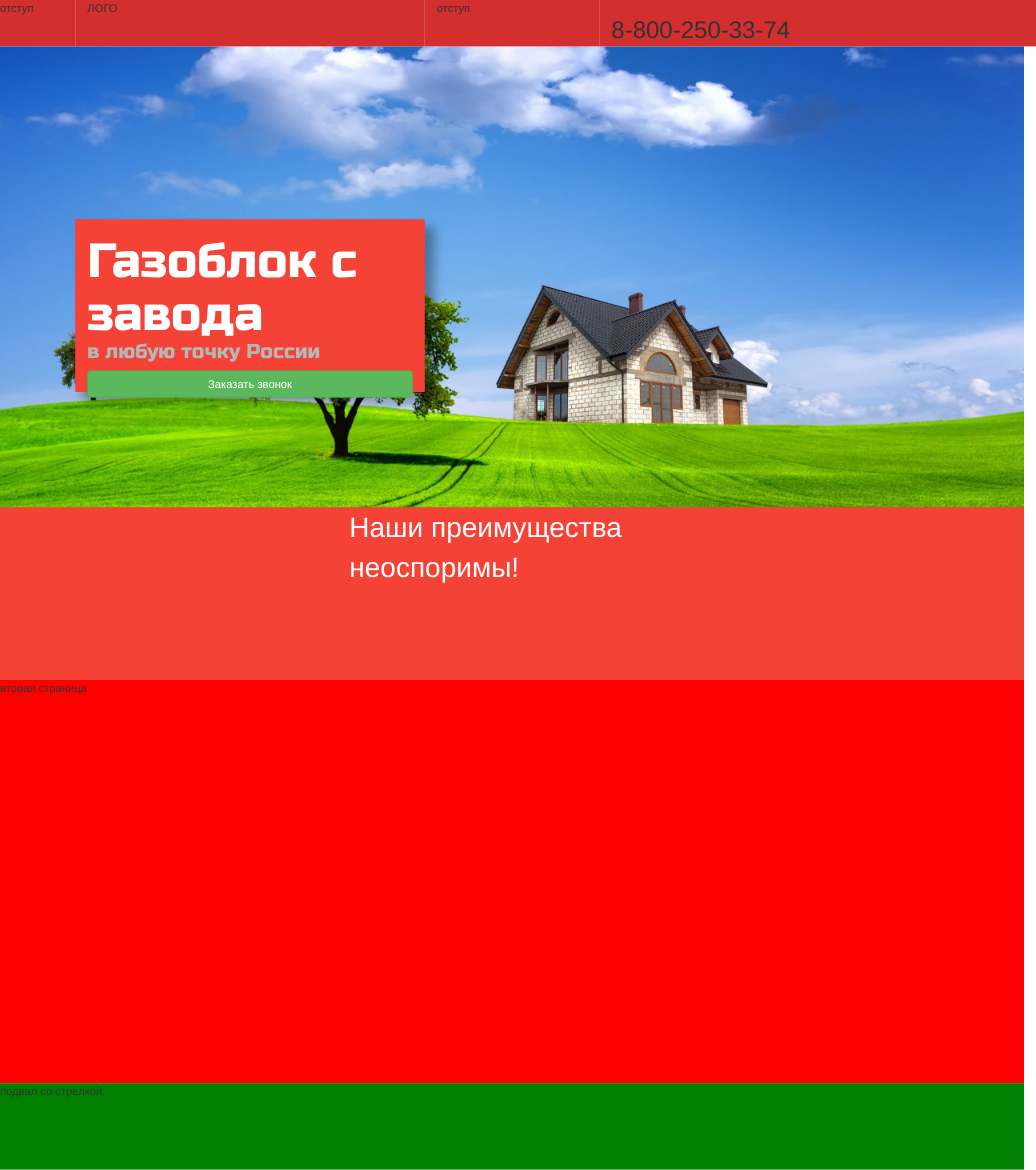
Repository: greenwtch/block
Page: index.html
The author's editor kept a record of every edit. The page is drawn from the files as they stood at one moment, then again after the next edit.
The browser window is 1280 px wide. The page is 1295 px wide, so the pictures cover 1295 px, including what lies to the right of the window. The pictures show the whole page, at 80% of full size.
Some web libraries are served in a nearby version.

Above is the page before.

### index.html
<!DOCTYPE html>
<html lang="en">
  <head>
    <meta charset="utf-8">
    <link href='https://fonts.googleapis.com/css?family=Russo+One&subset=latin,cyrillic' rel='stylesheet' type='text/css'>
    <meta http-equiv="X-UA-Compatible" content="IE=edge">
    <meta name="viewport" content="width=device-width, initial-scale=1">
    <title>Bootstrap 101 Template</title>

    <!-- Bootstrap -->
    <link href="css/bootstrap.css" rel="stylesheet">
    <link href="css/style.css" rel="stylesheet">

    <!-- HTML5 Shim and Respond.js IE8 support of HTML5 elements and media queries -->
    <!-- WARNING: Respond.js doesn't work if you view the page via file:// -->
    <!--[if lt IE 9]>
      <script src="https://oss.maxcdn.com/libs/html5shiv/3.7.0/html5shiv.js"></script>
      <script src="https://oss.maxcdn.com/libs/respond.js/1.4.2/respond.min.js"></script>
    <![endif]-->
  </head>
  <body>



    <div class="container-fluiid">
        <div class="row " >
            <div class="col-lg-1 header">
                   отступ
            </div>
             <div class="col-lg-4 header">
                   ЛОГО
            </div>
            <div class="col-lg-2 header">
                   отступ
            </div>
            <div class="col-lg-5  header">
                <h2>8-800-250-33-74</h2>
            </div>
        </div>

    </div>

    <div class="container-fluiid body1">
        <div class="row">
            <div class="col-lg-4 col-lg-offset-1 container1" >
                <h1 class="mainH1">Газоблок с завода <br>
                    <p id="underH1">в любую точку России</p>
                </h1>
                <button class="btn btn-success btn-large btn-block zvonok">Заказать звонок</button>
             </div>

        </div>
    </div>

    <div class="container-fluiid body1footer">
        <div class="row">
                <div class="col-lg-4 col-lg-offset-4">
                   <p id="footerText">Наши преимущества неоспоримы!</p>
                </div>
        </div>
    </div>

    <div class="container-fluiid body2">
        <div class="row">
                <div class="col-lg-12">
                    вторая страница
                </div>
        </div>
    </div>
    <div class="container-fluiid body2footer">
        <div class="row">
                <div class="col-lg-12">
                    подвал со стрелкой
                </div>
        </div>
    </div>



    <!-- jQuery (necessary for Bootstrap's JavaScript plugins) -->
    <script src="https://ajax.googleapis.com/ajax/libs/jquery/1.11.0/jquery.min.js"></script>
    <!-- Include all compiled plugins (below), or include individual files as needed -->
    <script src="js/bootstrap.js"></script>
  </body>
</html>

### css/style.css

.header {

    height: 8vh;
    background-color: #D32F2F;

}
.body1{
    height: 90vh;
    background-image: url("house.jpg");
    background-size: cover;
    background-position: center center;

}
.body1footer{
    background-color: #F44336;
    height: 30vh;
    margin-top:-10vh;
}
#footerText{
    color: #fff;
    font-size: 35px;
}
.container1{

    margin-top: 30vh;
    height: 30vh;
    background-color: #F44336;

    -webkit-box-shadow: 11px 11px 13px 1px rgba(0,0,0,0.34);
    -moz-box-shadow: 11px 11px 13px 1px rgba(0,0,0,0.34);
    box-shadow: 11px 11px 13px 1px rgba(0,0,0,0.34);
}
.body2{
    background-color: red;
    height: 70vh;
}
.body2footer{
    background-color: green;
    height: 15vh;
}


.mainH1{
        font-family: 'Russo One', sans-serif;
    color: #fff;
    font-size: 60px;

}
#underH1{
   font-size: 25px;
   color: #B6B6B6;
}

Loaded but not shown: css/bootstrap.css (library); js/bootstrap.js (library)

After the next edit:
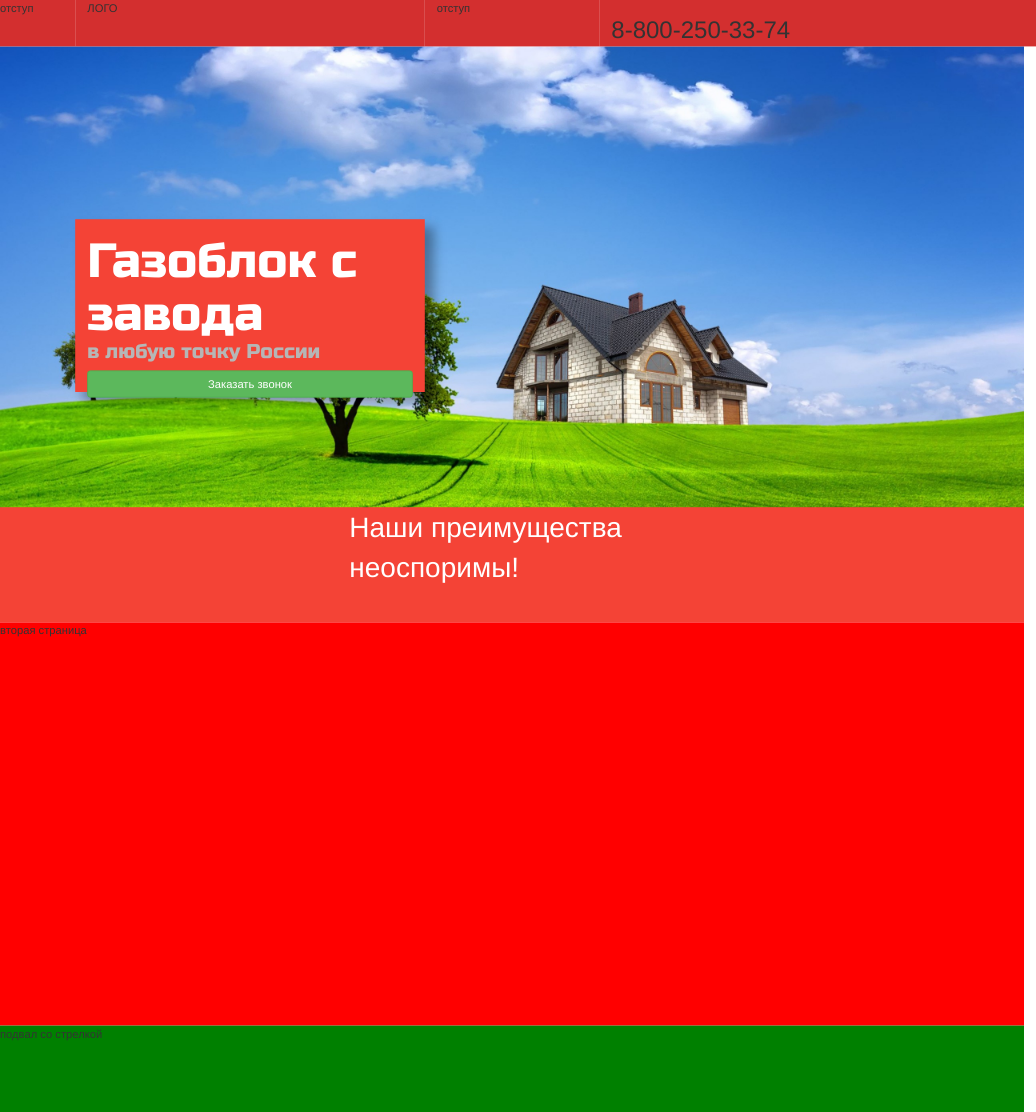
The edit:
--- a/css/style.css
+++ b/css/style.css
@@ -14,7 +14,7 @@
 }
 .body1footer{
     background-color: #F44336;
-    height: 30vh;
+    height: 20vh;
     margin-top:-10vh;
 }
 #footerText{
